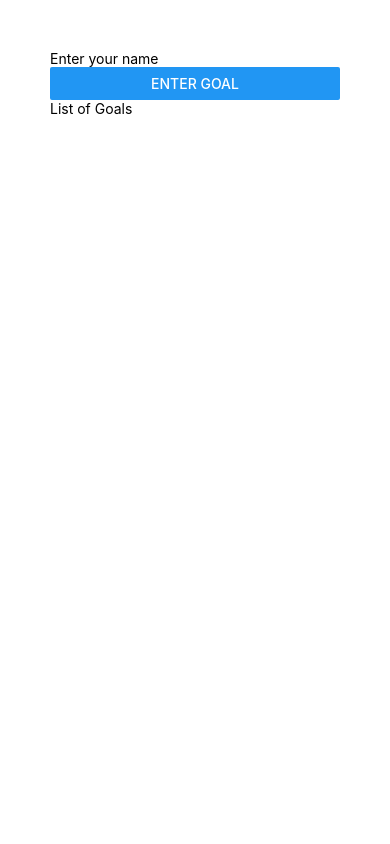
Repository: thezaidbintariq/RNCourse
Screen: /
These files come from the project's save history. The screen is drawn as it stood at one moment and after a run of saves; the edit follows.
The app was drawn by React Native's web renderer in a window 390 px wide. The project was rebuilt for these pictures with package versions that can differ from the ones it lists, and the page was loaded fresh each time.

Above is the screen before, as saved 2022-08-09 14:26:44.

### App.js
import { Button, StyleSheet, Text, TextInput, View } from 'react-native';

export default function App() {
  return (
    <View style={styles.appContainer}>
      <View style={styles.inputContainer}>
        <TextInput style={styles.input} placeholder="Enter your name" />
        <Button title="Enter Goal" />
      </View>
      <View>
        <Text>List of Goals</Text>
      </View>
    </View>
  );
}

const styles = StyleSheet.create({
  appContainer : {
   padding: 50
  }
}
);

After the next 10 saves:
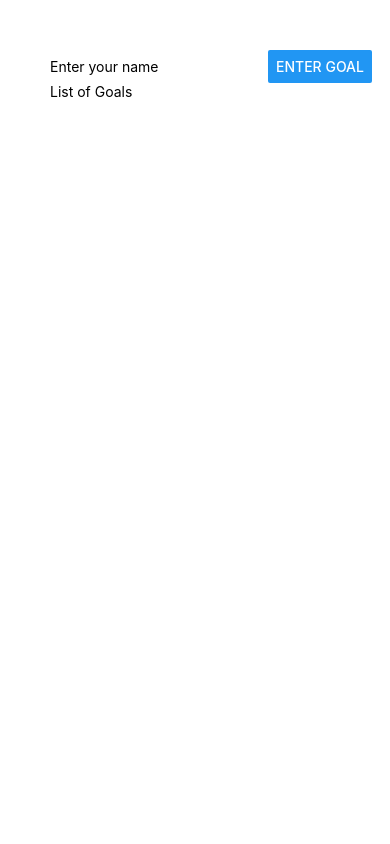
The 10 saves are shown as one change because 1 did not build or start and some came seconds apart.
The last was saved 28 s later.
--- a/App.js
+++ b/App.js
@@ -17,6 +17,10 @@ export default function App() {
 const styles = StyleSheet.create({
   appContainer : {
    padding: 50
+  },
+  inputContainer: {
+    flexDirection: 'row',
+    justifyContent: 'space-between'
   }
 }
 );
